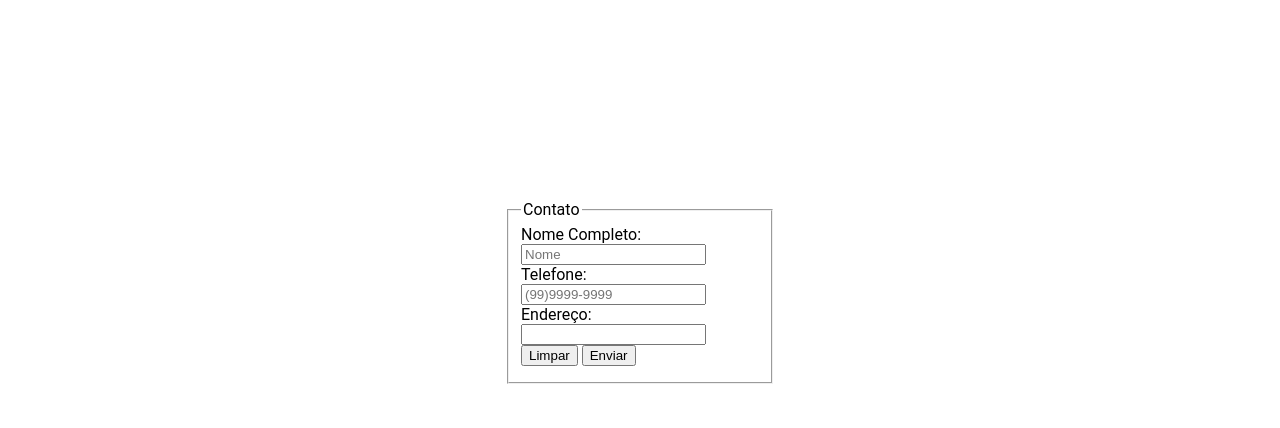
Repository: PedroViniciusVeiga/ProjetoColdigo
Page: exemploServlet/WebContent/contato.html
The author's editor kept a copy of each file at every save. The page is drawn from the files as they stood at one save, then again after the next save.
The browser window is 1280 px wide. The pictures show the whole page.

Above is the page before, as saved 2021-04-07 23:08:12.

### exemploServlet/WebContent/contato.html
<!DOCTYPE html>
<html>
<head>
<meta charset="UTF-8">
<title>Registro de Contatos</title>
<link rel="stylesheet" type="text/css" href="css/siteContato.css">

</head>

<body>
<section>
<div class="blocoForm">
	<form name="dadosdecontato" method="post" action="#" class="formContato">
		<fieldset>
			<legend>Contato</legend>
			<label for="nome">Nome Completo:</label> <input type="text" name="txtnome"  id="nome" placeholder="Nome">
			<label for="fone">Telefone:</label> <input type="text" name="txtfone" placeholder=(99)9999-9999 id="fone">
			<label for="end">Endereço:</label> <input type="text" name="txtend"  id="end">
			<button type="reset">Limpar</button> <button type="submit" id="enviar">Enviar</button>
			<table>
				<tr>

					<td></td>
				</tr>
			</table>
		</fieldset>
	</form>
	</div>
</section>
</body>

</html>

### exemploServlet/WebContent/css/siteContato.css
@charset "UTF-8";

			/*Corpo da página*/

body {
	margin: 0 auto;
	font-family: "Roboto", sans-serif;
}

section{
	clear:both;
	min-height: 500px;
	width: 100%;
	margin-top:0px;
}

.blocoForm{
	float:left;
	width: 100%;
	margin-top: 200px;

}

.formContato{
	margin: 0px auto;
	width: 270px;
}

After the next save:
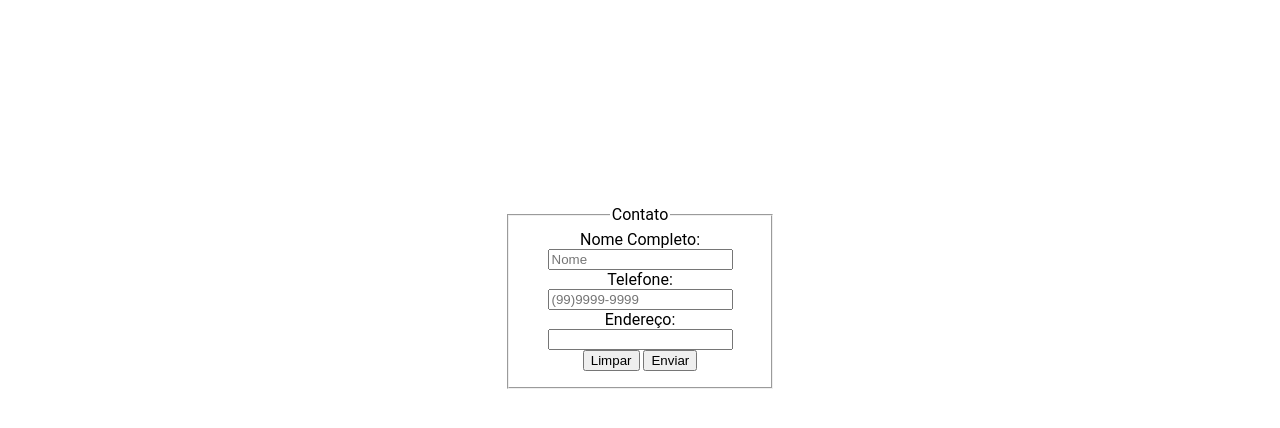
Saved 50 s later.
--- a/exemploServlet/WebContent/css/siteContato.css
+++ b/exemploServlet/WebContent/css/siteContato.css
@@ -24,4 +24,6 @@
 .formContato{
 	margin: 0px auto;
 	width: 270px;
+	text-align: center;
+	padding: 5px;
 }

After the save that followed:
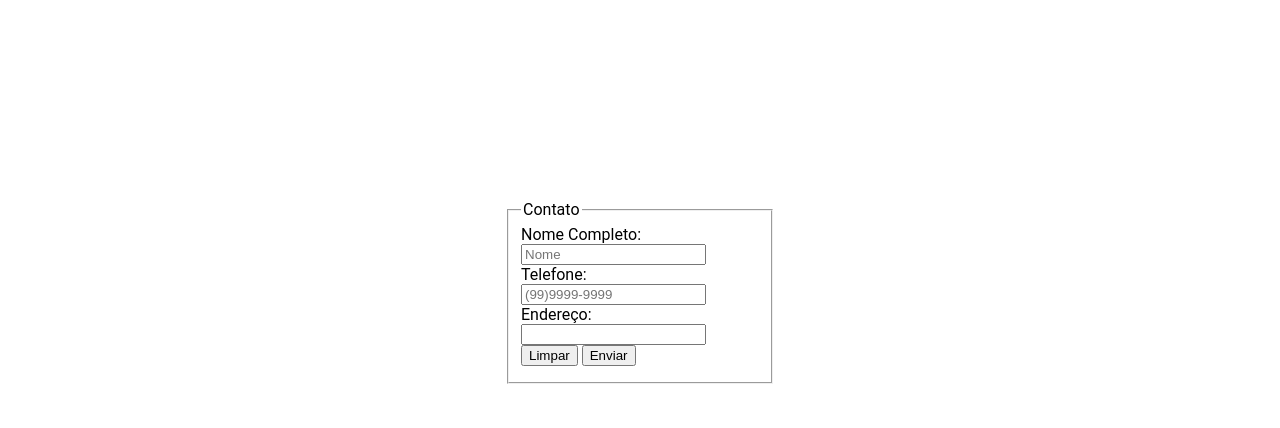
Saved 2 min 7 s later.
--- a/exemploServlet/WebContent/css/siteContato.css
+++ b/exemploServlet/WebContent/css/siteContato.css
@@ -24,6 +24,5 @@
 .formContato{
 	margin: 0px auto;
 	width: 270px;
-	text-align: center;
-	padding: 5px;
+
 }
